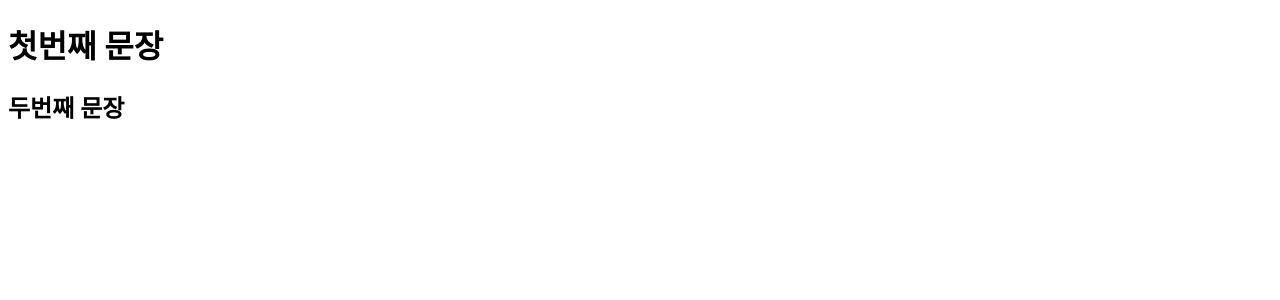
Repository: chopilyeon/JavaWeb
Page: LectureWeb/src/main/webapp/jquery/exam04.html
An editor plug-in stored every save of this project. The page is shown before and after the next save, followed by the edit.
The browser window is 1280 px wide. The pictures show the whole page.

Above is the page before, as saved 2022-05-30 07:55:24.

After the next save:
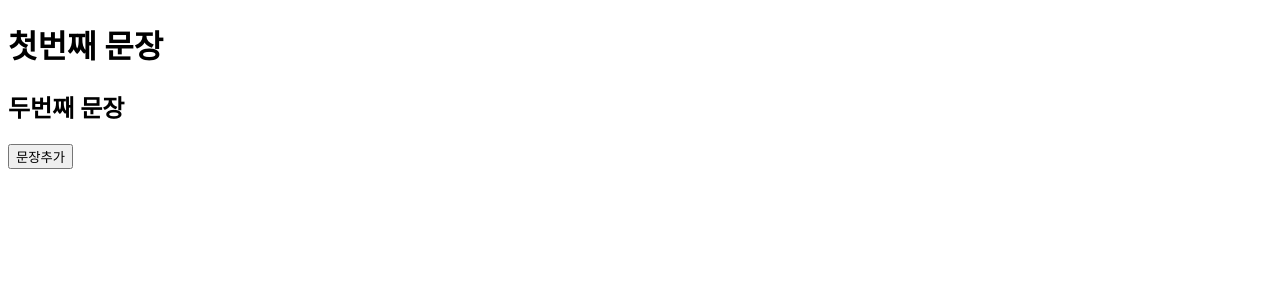
Saved 28 s later.
--- a/LectureWeb/src/main/webapp/jquery/exam04.html
+++ b/LectureWeb/src/main/webapp/jquery/exam04.html
@@ -29,6 +29,8 @@ $(document).ready(function(){
 		<h1>첫번째 문장</h1>
 		<h2>두번째 문장</h2>
 	</div>
+	<button id="btn01">문장추가</button>
+
 
 </body>
 </html>
